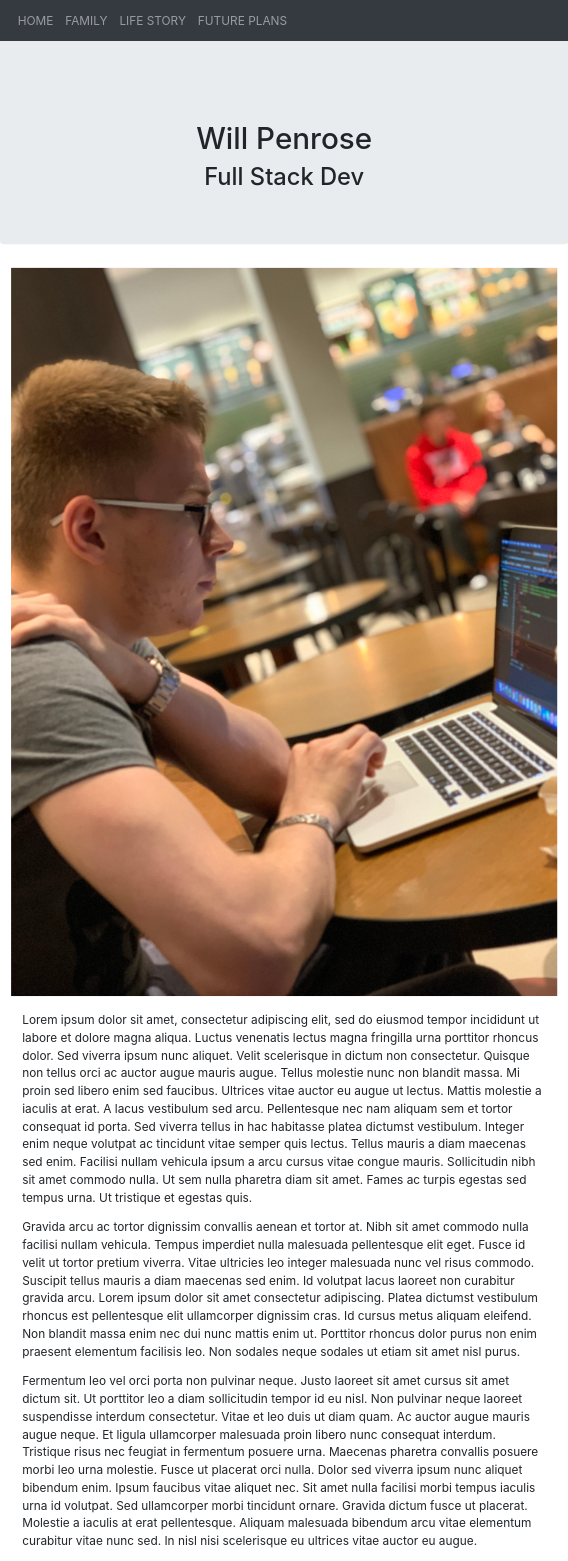
Repository: Code-Institute-Submissions/user-centric-frontend-dev-milestone-project
Page: index.html
The author's editor kept a record of every edit. The page is drawn from the files as they stood at one moment, then again after the next edit.
The browser window is 768 px wide. The pictures show the whole page, at 74% of full size.

Above is the page before.

After the next edit:
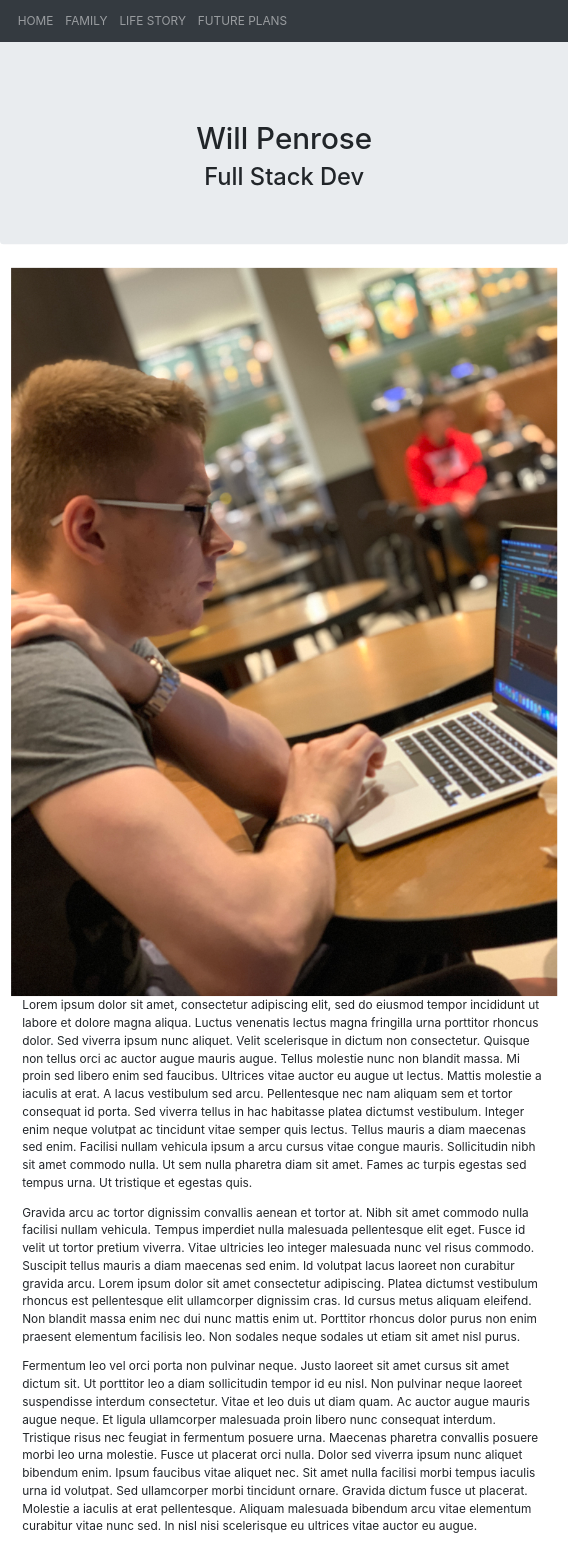
The edit:
--- a/assets/css/style.css
+++ b/assets/css/style.css
@@ -18,9 +18,3 @@
 }
 
 /*----------------------Media Quires*/
-
-@media (max-width: 768px) {
-    .home-paragraphs {
-        padding-top: 20px;
-    }
-}
